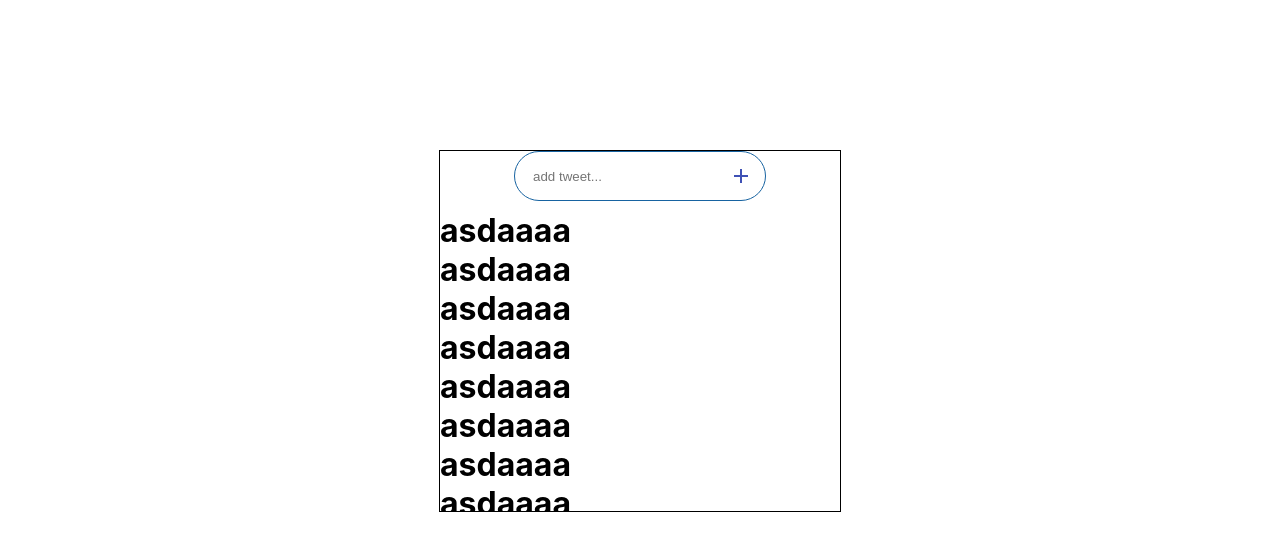
Repository: ehabmelhem/FullStack_Tweetapp
Page: /tweet (app in tweet-app-demo/)
The author's editor kept a copy of each file at every save. The page is drawn from the files as they stood at one save, then again after the next save.
The browser window is 1280 px wide. The pictures show the whole page.
The project was rebuilt for these pictures with package versions that can differ from the ones it lists, and the page was loaded fresh each time. A package was used in the major version that the imports need, not the one package.json lists. Also part of the build but not shown: tweet-app-demo/src/Componets/Gotweet.js, tweet-app-demo/src/Componets/Login.css, tweet-app-demo/src/Componets/Login.js, tweet-app-demo/src/Componets/SignUp.css, tweet-app-demo/src/Componets/SignUp.js.

Above is the page before, as saved 2021-01-28 19:54:39.

After the next save:
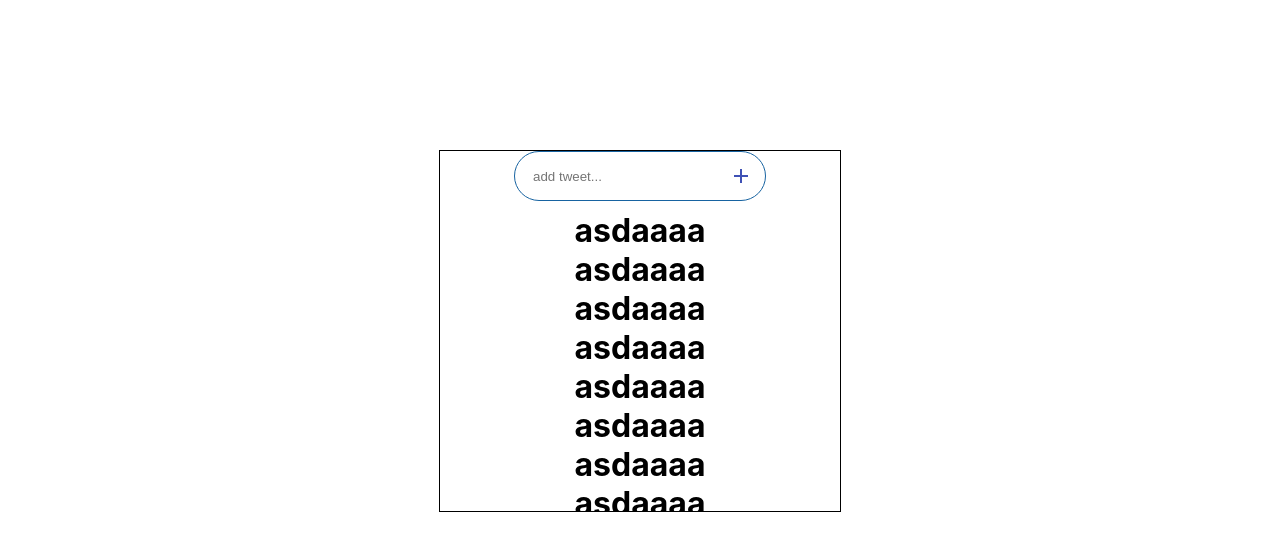
Saved 15 s later.
--- a/tweet-app-demo/src/Componets/Tweet.css
+++ b/tweet-app-demo/src/Componets/Tweet.css
@@ -38,4 +38,5 @@
   scroll-behavior: smooth;
   overflow-x: hidden; /* Hide horizontal scrollbar */
   height: 300px;
+  width: fit-content;
 }
